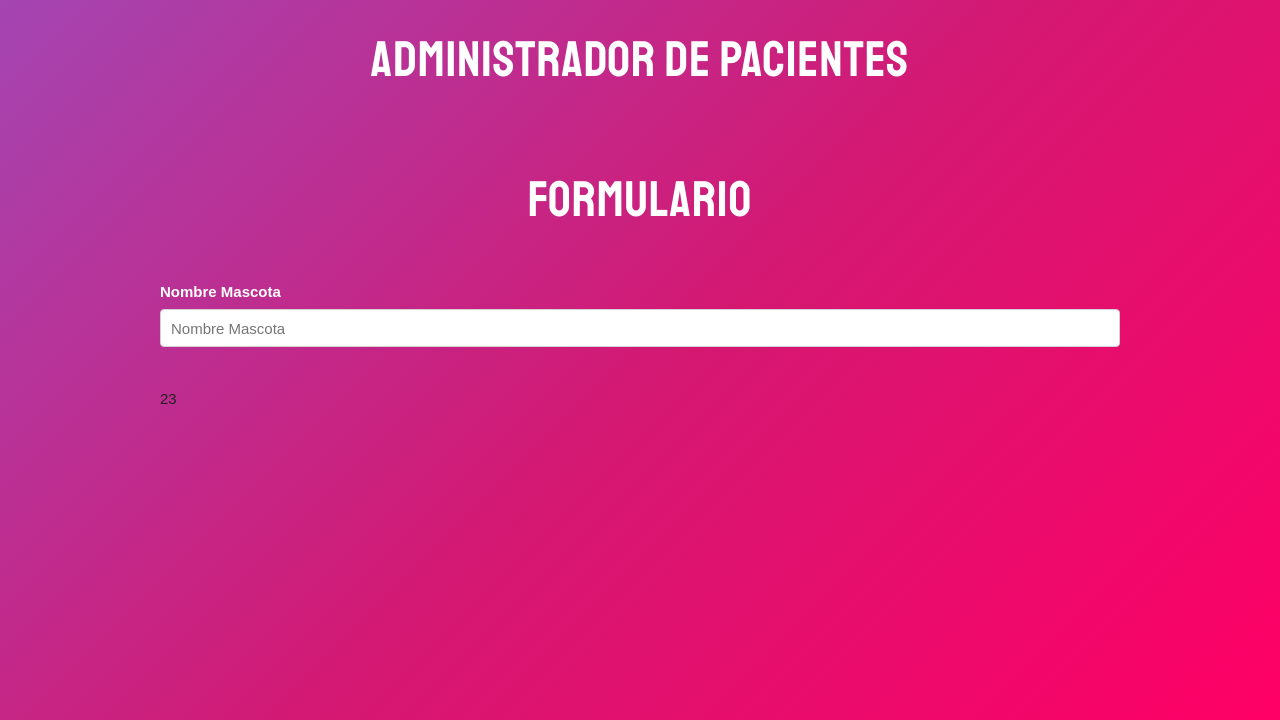
Repository: leonmezu1/react-jdlt
Page: /
The author's editor kept a copy of each file at every save. The page is drawn from the files as they stood at one save, then again after the next save.
The browser window is 1280 px wide. The pictures show the whole page.
The project was rebuilt for these pictures with package versions that can differ from the ones it lists, and the page was loaded fresh each time.

Above is the page before, as saved 2020-10-05 08:41:50.

### src/App.js
import React, { Fragment } from 'react';
import Formulario from './components/Formulario'

function App() {
  return (
    <Fragment>
      <h1>Administrador de pacientes</h1>
      <div className ="container">
        <div className="row">
          <div className="one-half-column">
            <Formulario />
          </div>
          <div className="one-half-column">
            23
          </div>
        </div>
      </div>
    </Fragment>
  );
}

export default App;

### src/components/Formulario.js
import React, { Fragment } from 'react'

export default class Formulario extends React.Component {
  constructor(props){
    super(props)
    this.state = {}
  }

  render() {
    return (
      <Fragment>
        <h1>Formulario</h1>
        <form>
          <label>Nombre Mascota</label>
          <input
            type="text"
            name="mascota"
            className="u-full-width"
            placeholder="Nombre Mascota"
          />
        </form>
      </Fragment>
    );
  }
}

Loaded but not shown: public/index.html (common file); src/index.js (common file); src/index.css (common file); src/serviceWorker.js (common file)

After the next save:
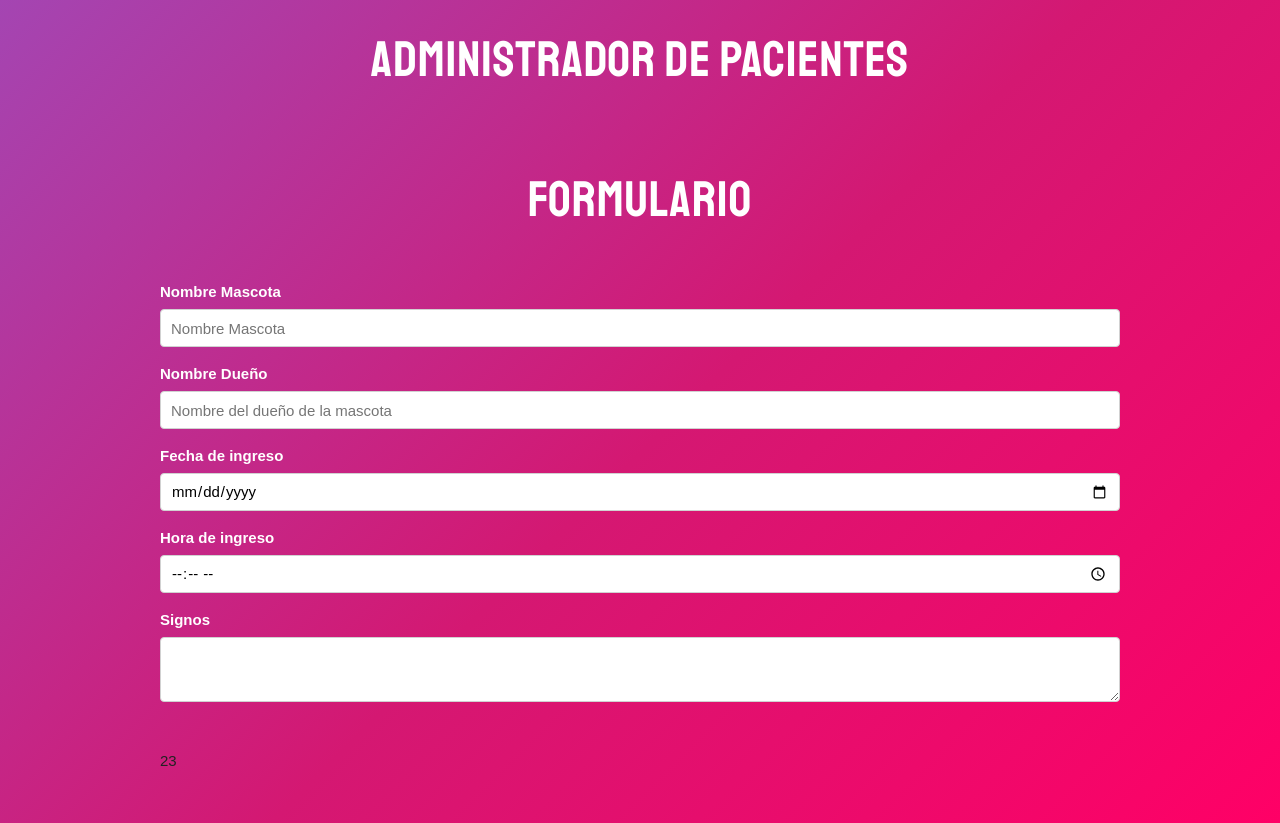
Saved 21 min 44 s later.
--- a/src/components/Formulario.js
+++ b/src/components/Formulario.js
@@ -18,6 +18,27 @@ export default class Formulario extends React.Component {
             className="u-full-width"
             placeholder="Nombre Mascota"
           />
+          <label>Nombre Dueño</label>
+          <input
+            type="text"
+            name="dueno"
+            className="u-full-width"
+            placeholder="Nombre del dueño de la mascota"
+          />
+          <label>Fecha de ingreso</label>
+          <input
+            type="date"
+            name="fecha"
+            className="u-full-width"
+          />
+          <label>Hora de ingreso</label>
+          <input
+            type="time"
+            name="hora"
+            className="u-full-width"
+          />
+          <label>Signos</label>
+          <textarea className="u-full-width" name="sintomas"></textarea>
         </form>
       </Fragment>
     );
